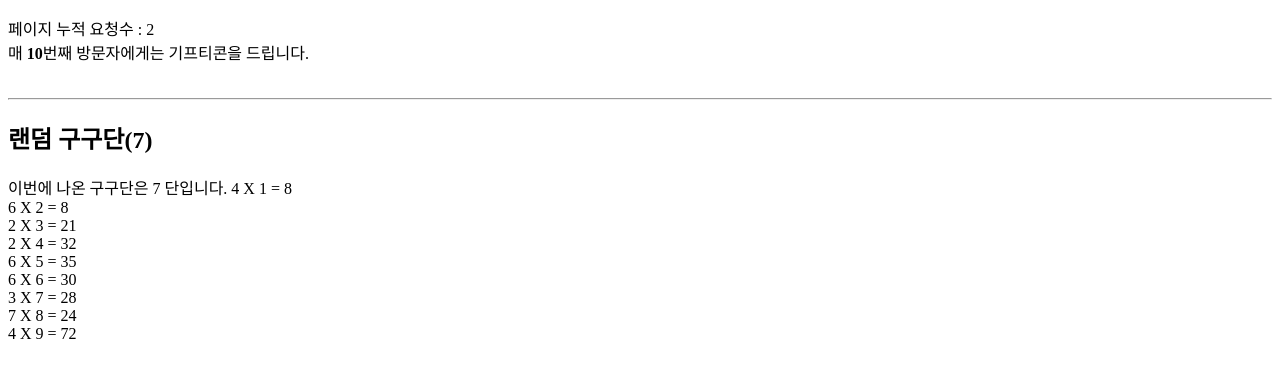
Repository: limbbbyoung/JSP_practice
Page: http://localhost/JSPbasic/jsptag/tag_quiz02.jsp
These files come from the project's save history. The page is drawn as it stood at one moment and after the next save; the edit follows.
The browser window is 1280 px wide. The pictures show the whole page.
The page is served by Tomcat 9.

Above is the page before, as saved 2022-03-23 10:20:02.

### JSPbasic/src/main/webapp/jsptag/tag_quiz02.jsp
<%@ page language="java" contentType="text/html; charset=UTF-8"
    pageEncoding="UTF-8"%>
<!DOCTYPE html>
<html>
<style>
</style>
<script>
</script>
<head>
<meta charset="UTF-8">
<title>Insert title here</title>
</head>
<body>
<%! int total = 1;
    int randomNum(){
    	int rn = (int)(Math.random()*7 + 2);
    	return rn;
    }
%>
<% total++; %>
     <p>
     페이지 누적 요청수 : <%= total %><br/>
     매 <b>10</b>번째 방문자에게는 기프티콘을 드립니다.<br/>
     <% if(total % 10 == 0){ %>
          당첨되셨습니다.
     <% } %>
     <br/>
     <hr/>
     <h2>랜덤 구구단(<%= randomNum() %>)</h2>
     이번에 나온 구구단은 <%= randomNum() %> 단입니다.
     <% for(int i = 1; i < 10; i++){ %>
    	 <%= randomNum() %> X <%= i %> = <%= randomNum() * i %> <br/>
     <% } %>




     </p>
</body>
</html>

After the next save:
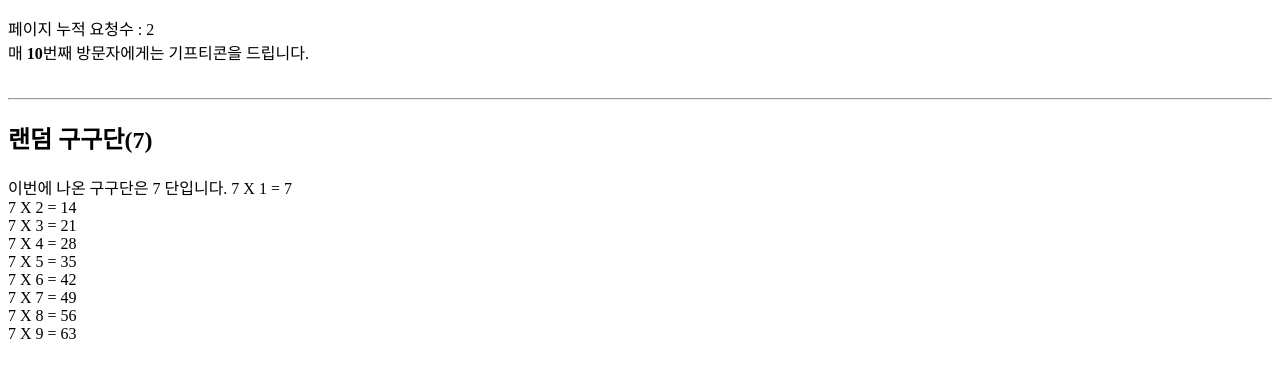
Saved 88 s later.
--- a/JSPbasic/src/main/webapp/jsptag/tag_quiz02.jsp
+++ b/JSPbasic/src/main/webapp/jsptag/tag_quiz02.jsp
@@ -12,10 +12,7 @@
 </head>
 <body>
 <%! int total = 1;
-    int randomNum(){
-    	int rn = (int)(Math.random()*7 + 2);
-    	return rn;
-    }
+    int rn = (int)(Math.random()*7 + 2);
 %>
 <% total++; %>
      <p>
@@ -26,10 +23,10 @@
      <% } %>
      <br/>
      <hr/>
-     <h2>랜덤 구구단(<%= randomNum() %>)</h2>
-     이번에 나온 구구단은 <%= randomNum() %> 단입니다.
+     <h2>랜덤 구구단(<%= rn %>)</h2>
+     이번에 나온 구구단은 <%= rn %> 단입니다.
      <% for(int i = 1; i < 10; i++){ %>
-    	 <%= randomNum() %> X <%= i %> = <%= randomNum() * i %> <br/>
+    	 <%= rn %> X <%= i %> = <%= rn * i %> <br/>
      <% } %>
 
 
